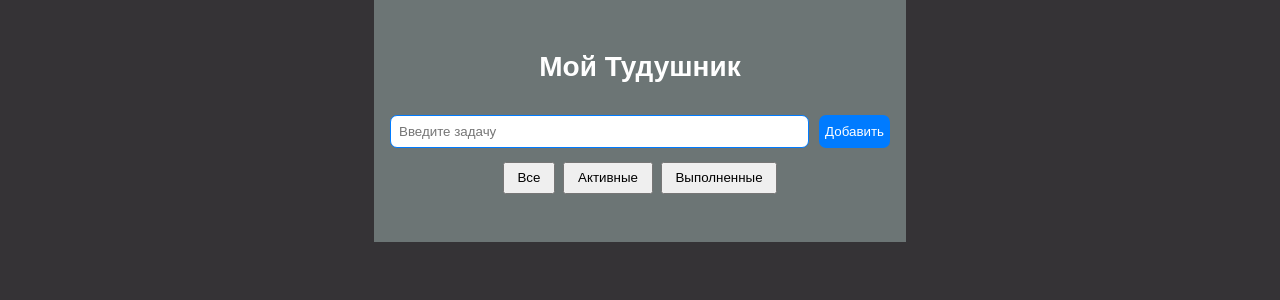
Repository: AlekCawka/-todo-project
Page: /
These files come from the project's save history. The page is drawn as it stood at one moment and after a run of saves; the edit follows.
The browser window is 1280 px wide. The pictures show the whole page.
The project was rebuilt for these pictures with package versions that can differ from the ones it lists, and the page was loaded fresh each time. Also part of the build but not shown: vite.config.js.

Above is the page before, as saved 2025-08-06 11:36:21.

After the next 4 saves:
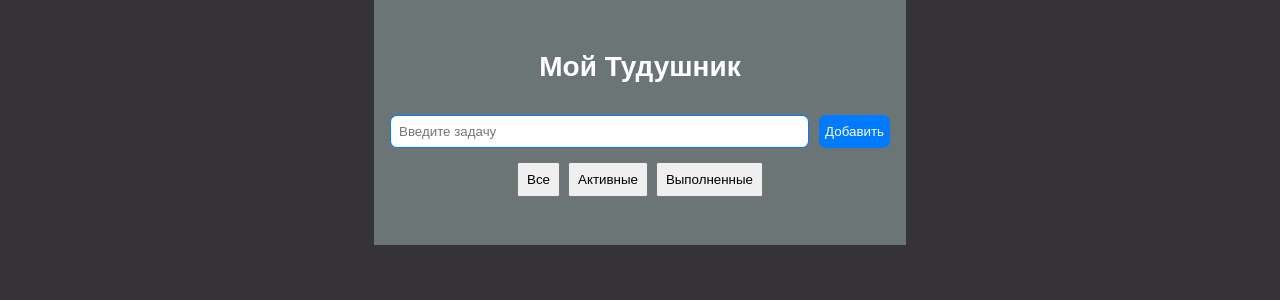
The 4 saves are shown as one change because they came seconds apart.
The last was saved 17 s later.
--- a/src/App.css
+++ b/src/App.css
@@ -53,7 +53,7 @@ body {
 }
 
 .filters button {
-    padding: 0.4rem 0.8rem;
+    padding: 8px;
 }
 /*
 .filters {
